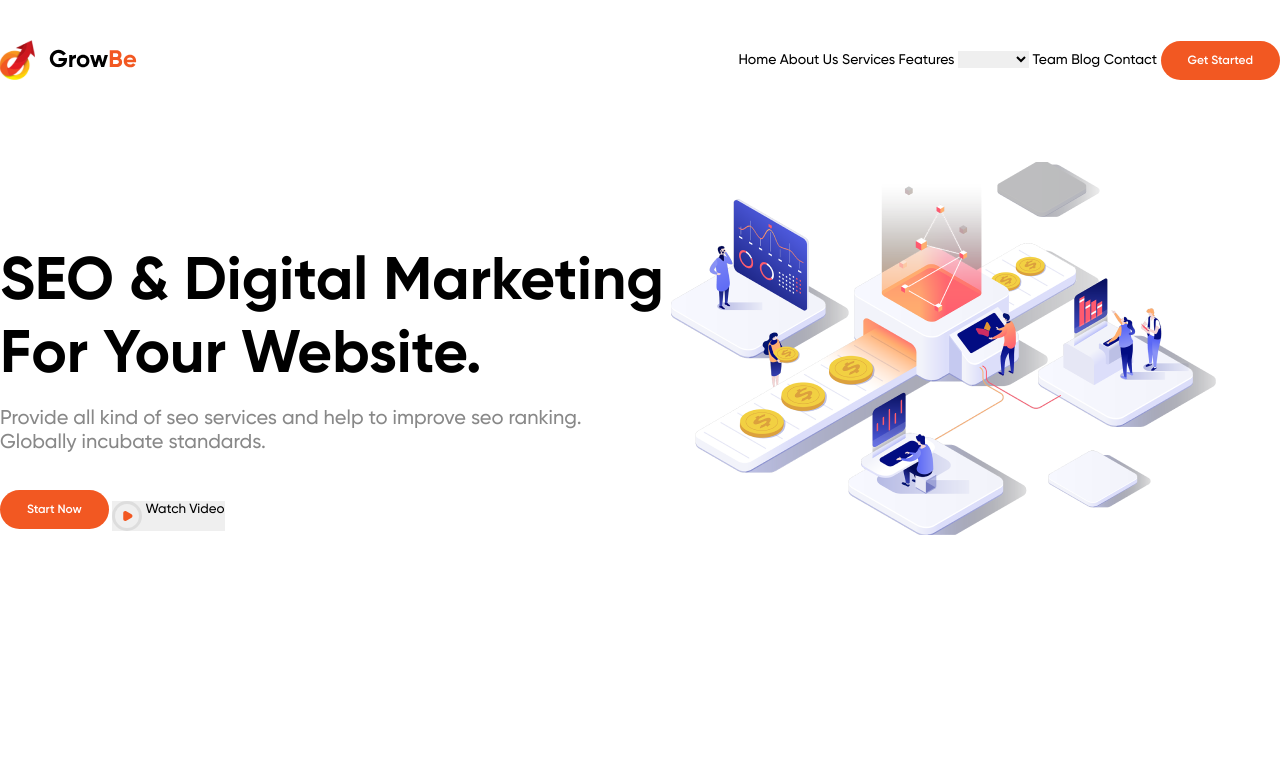
Repository: Alekseiy1980/GrowBe
Page: index.html
The author's editor kept a copy of each file at every save. The page is drawn from the files as they stood at one save, then again after the next save.
The browser window is 1280 px wide. The pictures show the whole page.

Above is the page before, as saved 2024-01-20 13:23:08.

### index.html
<!DOCTYPE html>
<html lang="en">
<head>
    <meta charset="UTF-8">
    <meta name="viewport" content="width=device-width, initial-scale=1.0">

    <link rel="stylesheet" href="css/reset.css">
    <link rel="stylesheet" href="css/style.css">
    <title>GrowBe</title>
</head>
<body>
    <header>
        <div class="menu_bar">
            <div class="logo">
                <a class="logo-link" href="#">
                    <img src="/img/Logo.svg"  />
                </a>
            </div>
            <nav>
                <a class="menu menu_activ" href="@">Home</a>
                <a class="menu" href="@"> About Us</a>
                <a class="menu" href="@">Services</a>
                <label class="menu menu_label" for="pet-select">Features</label>
                    <select name="pets" id="pet-select">
                    <option value=""></option>
                    <option value="dog">Dog</option>
                    <option value="cat">Cat</option>
                    <option value="hamster">Hamster</option>
                    <option value="parrot">Parrot</option>
                    <option value="spider">Spider</option>
                    <option value="goldfish">Goldfish</option>
                    </select>

                <a class="menu" href="@">Team</a>
                <a class="menu" href="@">Blog</a>
                <a class="menu" href="@">Contact</a>
                <button class="btn_menu" type="button">Get Started</button>
            </nav>
        </div>


        <div class="home_meta">
            <div class="nome_content">
                <div class="home_title">
                    <h1>SEO & Digital <span>Marketing</span>  For Your Website.</>
                </div>
            <div class="sub_title">
                <p>Provide all kind of seo services and help to improve seo ranking. Globally incubate standards.</p>
            </div>
            <div class="btn_meta">
                <button class="btn_menu" type="button">Start Now</button>
                <button class="btn_video" type="button">
                        <img
                            src="img/play.svg"
                            alt="play"
                            />
                    Watch Video</button>
            </div>
            </div>
            <div class="home_img">
                <img src="img/home_Image.png" alt="">
            </div>
        </div>
    </header>
</body>
</html>

### css/reset.css

* {
    padding: 0;
    margin: 0;
    border: 0;
}

*,
*::before,
*::after {
    -moz-box-sizing: border-box;
    -webkit-box-sizing: border-box;
    box-sizing: border-box;
}

:focus,
:active {
    outline: none;
}

a:focus,
a:active {
    outline: none;
}

nav,
footer,
header,
aside {
    display: block;
}

html,
body {
    height: 100%;
    width: 100%;
    font-size: 100%;
    line-height: 1;
    font-size: 14px;
    -ms-text-size-adjust: 100%;
    -moz-text-size-adjust: 100%;
    -webkit-text-size-adjust: 100%;
}

input,
button,
textarea {
    font-family: inherit;
}

input::-ms-clear {
    display: none;
}

button {
    cursor: pointer;
}

button::-moz-focus-inner {
    padding: 0;
    border: 0;
}

a,
a:visited {
    text-decoration: none;
}

a:hover {
    text-decoration: none;
}

ul li {
    list-style: none;
}

img {
    vertical-align: top;
}

h1,
h2,
h3,
h4,
h5,
h6 {
    font-size: inherit;
    font-weight: 400;
}

### css/style.css
@font-face {
	font-family: 'Gilroy-Bold';
	src: url(/fonts/Gilroy-Bold.ttf);
}


@font-face {
	font-family: 'Gilroy-Medium';
	src: url(/fonts/Gilroy-Medium.ttf);
}
@font-face{
    font-family: 'Gilroy_Regular';
    src: url(/fonts/Gilroy-Regular.ttf);
}

@font-face{
    font-family: 'Gilroy-SemiBold';
    src: url(/fonts/Gilroy-SemiBold.ttf);
}
body{
    font-family: Gilroy-Medium;
    font-size: 14px;
    font-style: normal;
    font-weight: 400;
    line-height: normal;
}

header {
    max-width: 1920px;
    margin: 0 auto;
}
.menu_bar{
    display: flex;
    justify-content: space-between;
    align-items: center;
    margin-top: 40px;
    height: 40px;
}

.logo{
    width: 137px;
    height: 40px;
}

.menu{
    color: #000;
    padding-top: 11px;
    padding-bottom: 12px;

}

.menu:hover{
    color: #F25822;
    font-family: Gilroy-SemiBold;
}

.btn_menu{
    color: #FFF;
    font-family: Gilroy-SemiBold;
    font-size: 12px;
    border-radius: 30px;
    background: #F25822;
    padding:12px 27px 13px;
}

.btn_menu:hover{
    background: #f84504;
}


.home_meta{
    margin-top: 82px;
    display: flex;
}

.home_cintent{
    justify-content: center;

}

.home_title{
    color: #000;
    font-family: Gilroy-Bold;
    font-size: 60px;
    margin-bottom: 17px;
    margin-right: ;
    padding-top: 80px;
}

.sub_title{
    color: #888;
    font-size: 20px;
    padding-right: 36px;
    margin-bottom: 37px;
}

.home_ing{
    width: 544px;
}

After the next save:
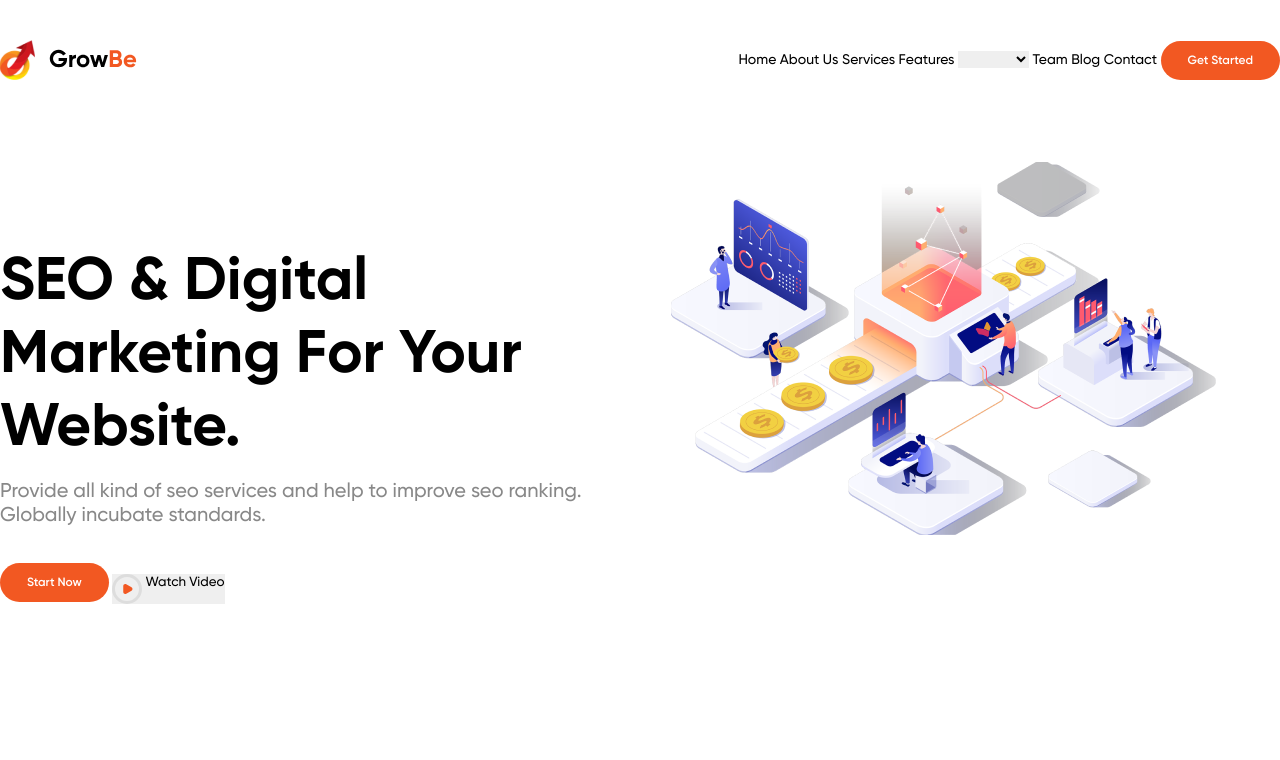
Saved 21 s later.
--- a/css/style.css
+++ b/css/style.css
@@ -83,7 +83,7 @@ header {
     font-family: Gilroy-Bold;
     font-size: 60px;
     margin-bottom: 17px;
-    margin-right: ;
+    margin-right: 40px;
     padding-top: 80px;
 }
 
